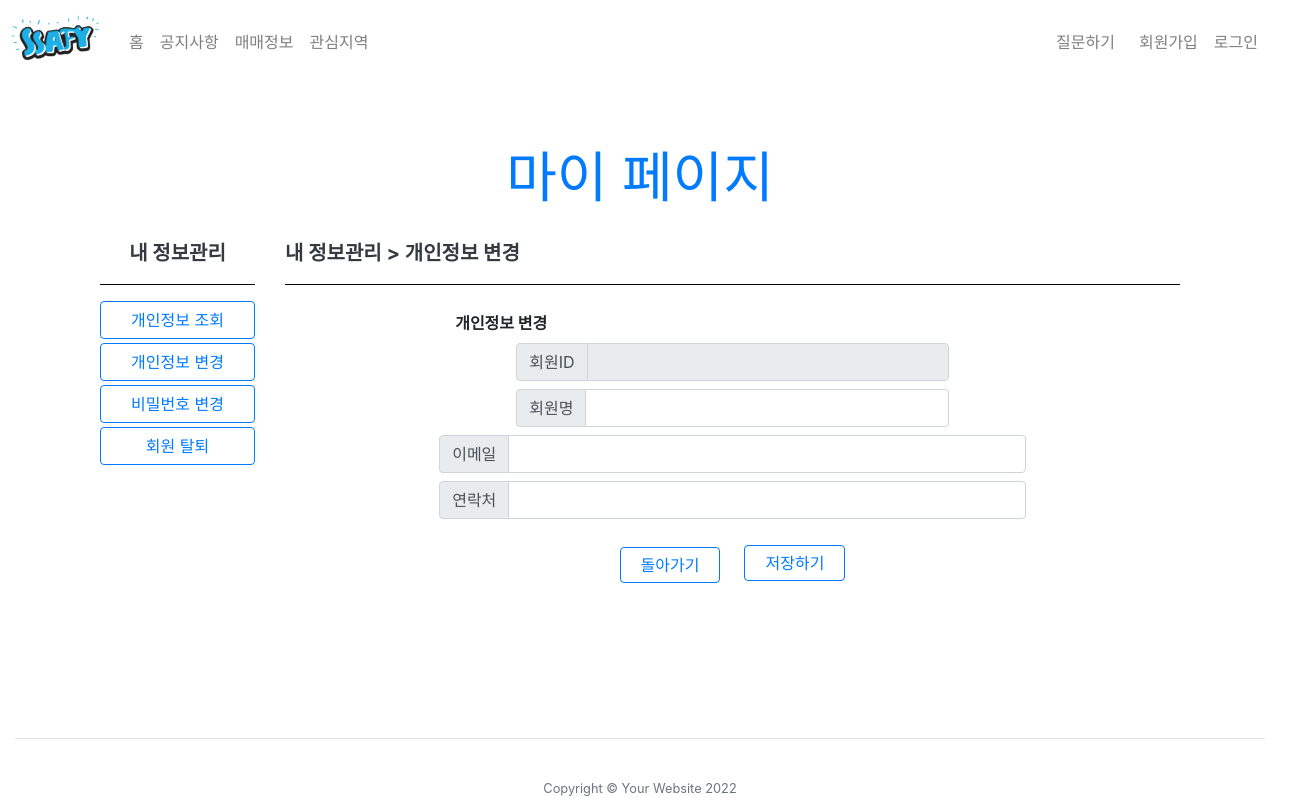
Repository: shinyoungjei/SSAFY_Final_PJT
Page: /user/mypage (app in front/)
These files come from the project's save history. The page is drawn as it stood at one moment and after the next save; the edit follows.
The browser window is 1280 px wide. The page is 1290 px wide, so the pictures cover 1290 px, including what lies to the right of the window. The pictures show the whole page.
The project was rebuilt for these pictures with package versions that can differ from the ones it lists, and the page was loaded fresh each time. Also part of the build but not shown: front/vue.config.js, front/src/views/HomeView.vue, front/src/views/AreaView.vue. Imported but missing from the stored project, and not drawn on this page: front/happyhouse/src/components/faq/QuestionChatItem.

Above is the page before, as saved 2022-05-25 20:45:42.

### front/src/main.js
import Vue from "vue";
import App from "./App.vue";
import router from "./router";
import store from "./store";
import { BootstrapVue, IconsPlugin } from "bootstrap-vue"; // boot strap 관련 설정
import "bootstrap/dist/css/bootstrap.css"; // Bootstrap an BootstrapVue CSS 파일 임포트
import "bootstrap-vue/dist/bootstrap-vue.css";
// BootstrapVue 플러그인 설치
Vue.use(BootstrapVue);
Vue.use(IconsPlugin);

Vue.config.productionTip = false;

new Vue({
  router,
  store,
  render: (h) => h(App),
}).$mount("#app");

### front/src/App.vue
<template>
  <div id="app">
    <Nav id="nav" />
    <!--<top-header></top-header>-->
    <router-view />
    <bottom />
  </div>
</template>

<script>
import Nav from "@/components/common/Nav.vue";
import Bottom from "@/components/common/Bottom.vue";
//import TopHeader from "@/components/common/Header.vue";

export default {
  components: {
    Nav,
    //TopHeader,
    Bottom,
  },
};
</script>

<style>
@import "@/assets/main.css";
#nav {
  padding: 5px;
}
</style>

### front/src/store/index.js
import Vue from "vue";
import Vuex from "vuex";
import createPersistedState from "vuex-persistedstate";

Vue.use(Vuex);

import qnaStore from "@/store/modules/qnaStore.js";
import userStore from "@/store/modules/userStore.js";
import aptStore from "@/store/modules/aptStore.js";
import noticeStore from "@/store/modules/noticeStore.js";

const store = new Vuex.Store({
  modules: {
    qnaStore,
    userStore,
    aptStore,
    noticeStore,
  },
  plugins: [
    createPersistedState({
      // 브라우저 종료시 제거하기 위해 localStorage가 아닌 sessionStorage로 변경. (default: localStorage)
      storage: sessionStorage,
    }),
  ],
});

export default store;

### front/src/assets/main.css
a {
  text-decoration: none;
  color: #787878;
}
input,
textarea,
.view {
  width: 100%;
  padding: 12px 20px;
  margin: 8px 0;
  display: inline-block;
  border: 1px solid #ccc;
  border-radius: 4px;
  box-sizing: border-box;
  color: #787878;
  font-size: medium;
}

.regist {
  padding: 10px;
}
.regist_form {
  border-radius: 5px;
  background-color: #f2f2f2;
  padding: 20px;
}

### front/src/components/common/Nav.vue
<template>
  <b-navbar toggleable="lg" class="nav" type="light" variant="alert-primary">
    <b-navbar-brand href="#">
      <router-link to="/">
        <img
          src="@/assets/ssafy_logo.png"
          class="d-inline-block align-middle"
          width="100px"
          alt="ssafy"
        />
      </router-link>
    </b-navbar-brand>

    <b-navbar-toggle target="nav-collapse"></b-navbar-toggle>

    <b-collapse id="nav-collapse" is-nav>
      <b-navbar-nav>
        <b-nav-item to="/">홈</b-nav-item>
        <b-nav-item to="/notice">공지사항</b-nav-item>
        <b-nav-item to="/aptDeal">매매정보</b-nav-item>
        <b-nav-item to="/area">관심지역</b-nav-item>
      </b-navbar-nav>
    </b-collapse>

    <b-navbar-nav>
      <b-row class="mr-2">
        <b-col>
          <b-nav-item to="/question">질문하기</b-nav-item>
        </b-col>
      </b-row>
      <b-row v-if="loginUserInfo.id">
        <b-nav-item @click="logout"> 로그아웃 </b-nav-item>
        <b-nav-item :to="{ name: `testmypage` }" class="mr-4">
          마이페이지
        </b-nav-item>
      </b-row>
      <b-row v-else>
        <b-nav-item :to="{ name: 'regist' }">회원가입</b-nav-item>
        <b-nav-item :to="{ name: 'login' }" class="mr-4">로그인</b-nav-item>
      </b-row>
    </b-navbar-nav>
  </b-navbar>
</template>

<script>
import { mapState } from "vuex";
const userStore = "userStore";

export default {
  computed: {
    ...mapState(userStore, ["loginUserInfo"]),
  },

  methods: {
    logout() {
      this.$store.commit("userStore/LOGOUT");
    },
  },
};
</script>

<style></style>

### front/src/components/common/Bottom.vue
<template>
  <b-container fluid>
    <!--
    <b-row>
      <b-col cols="3" />
      <b-col cols="1" id="ct">
        <div style="height: 60px"></div>
      </b-col>
      <b-col class="ml-3" style="text-align: left; padding-left: 100px">
        <div style="height: 60px"></div>
        <span class="text-white"
          >본 사이트의 콘텐츠는 저작권법의 보호를 받는 바 무단 전재, 복사, 배포
          등을 금합니다.</span
        ><br />
        <h4 class="mt-1 text-white">SS House . 02-7412-1945</h4>
        <span style="font-weight: bold; font-size: 20px" class="text-white"
          >제작</span
        >
        <ul>
          <li style="font-weight: bold" class="text-white">신현국</li>
          <li style="font-weight: bold" class="text-white">신영제</li>
        </ul>
      </b-col>
    </b-row>
    <div style="text-align: center; opacity: 70%" class="text-white">
      Copyright@ShinDuo. All rights reserved
    </div> -->
    <!-- Footer-->
    <footer class="border-top">
      <div class="container px-4 px-lg-5">
        <div class="row gx-4 gx-lg-5 justify-content-center">
          <div class="col-md-10 col-lg-8 col-xl-7">
            <ul class="list-inline text-center">
              <li class="list-inline-item">
                <a href="#!">
                  <span class="fa-stack fa-lg">
                    <i class="fas fa-circle fa-stack-2x"></i>
                    <i class="fab fa-twitter fa-stack-1x fa-inverse"></i>
                  </span>
                </a>
              </li>
              <li class="list-inline-item">
                <a href="#!">
                  <span class="fa-stack fa-lg">
                    <i class="fas fa-circle fa-stack-2x"></i>
                    <i class="fab fa-facebook-f fa-stack-1x fa-inverse"></i>
                  </span>
                </a>
              </li>
              <li class="list-inline-item">
                <a href="#!">
                  <span class="fa-stack fa-lg">
                    <i class="fas fa-circle fa-stack-2x"></i>
                    <i class="fab fa-github fa-stack-1x fa-inverse"></i>
                  </span>
                </a>
              </li>
            </ul>
            <div class="small text-center text-muted fst-italic">
              Copyright &copy; Your Website 2022
            </div>
          </div>
        </div>
      </div>
    </footer>
  </b-container>
</template>

<script>
export default {};
</script>

<style scoped>
#bot {
  background-color: rgb(83, 84, 85);
  height: 280px;
  font-family: Avenir, Helvetica, Arial, sans-serif;
}

#ct {
  text-align: left;
}
</style>

### front/src/views/UserView.vue
<template>
  <b-container>
    <router-view></router-view>
  </b-container>
</template>

<script>
export default {};
</script>

<style></style>

### front/src/components/user/UserMyPage.vue
<template>
  <b-container v-if="loginUserInfo">
    <div style="height: 60px"></div>
    <b-row style="text-align: center">
      <b-col class="text-primary font-weight-bold">
        <h1 style="font-size: 55px">마이 페이지</h1>
      </b-col>
    </b-row>
    <div style="height: 20px"></div>
    <div style="height: 500px">
      <b-row>
        <!-- 좌측 목록 -->
        <b-col cols="2 text-center">
          <div
            class="text-center text-dark font-weight-bold"
            style="font-size: 20px"
          >
            내 정보관리
          </div>
          <hr style="background-color: black" />
          <div>
            <b-button
              @click="mvView"
              style="width: 100%"
              variant="outline-primary"
            >
              개인정보 조회
            </b-button>
          </div>
          <div>
            <b-button
              @click="mvModify"
              style="width: 100%"
              variant="outline-primary"
              class="mt-1"
            >
              개인정보 변경
            </b-button>
          </div>
          <div>
            <b-button
              @click="mvChange"
              style="width: 100%"
              variant="outline-primary"
              class="mt-1"
            >
              비밀번호 변경
            </b-button>
          </div>
          <div>
            <b-button
              @click="mvDelete"
              style="width: 100%"
              variant="outline-primary"
              class="mt-1"
            >
              회원 탈퇴
            </b-button>
          </div>
        </b-col>
        <b-col cols="10 text-center">
          <!--좌측 목룍 종료-->
          <!--개인정보 조회 목록-->
          <template v-if="mode === `view`">
            <b-row>
              <b-col>
                <div
                  class="text-left text-dark font-weight-bold"
                  style="font-size: 20px"
                >
                  내 정보관리 > 개인정보 조회
                </div>
                <hr style="background-color: black" />
                <div style="height: 10px"></div>
              </b-col>
            </b-row>
            <b-row>
              <b-col cols="3"></b-col>
              <b-col cols="2" class="font-weight-bold"> 개인정보 조회</b-col>
              <b-col></b-col>
            </b-row>
            <b-row>
              <b-col cols="3"></b-col>
              <b-col>
                <b-input-group class="mt-2">
                  <b-input-group-prepend is-text>
                    회원ID
                  </b-input-group-prepend>
                  <b-form-input
                    class="text-center"
                    readonly
                    v-model="loginUserInfo.id"
                  />
                </b-input-group>
              </b-col>
              <b-col cols="3"></b-col>
            </b-row>

            <b-row>
              <b-col cols="3"></b-col>
              <b-col>
                <b-input-group class="mt-2">
                  <b-input-group-prepend is-text>
                    회원명
                  </b-input-group-prepend>
                  <b-form-input
                    class="text-center"
                    readonly
                    v-model="loginUserInfo.name"
                  />
                </b-input-group>
              </b-col>
              <b-col cols="3"></b-col>
            </b-row>
            <b-row>
              <b-col cols="3"></b-col>
              <b-col>
                <b-input-group class="mt-2">
                  <b-input-group-prepend is-text>
                    이메일
                  </b-input-group-prepend>
                  <b-form-input
                    class="text-center"
                    readonly
                    v-model="loginUserInfo.email"
                  />
                </b-input-group>
              </b-col>
              <b-col cols="3"></b-col>
            </b-row>
            <b-row>
              <b-col cols="3"></b-col>
              <b-col>
                <b-input-group class="mt-2">
                  <b-input-group-prepend is-text>
                    연락처
                  </b-input-group-prepend>
                  <b-form-input
                    class="text-center"
                    readonly
                    v-model="loginUserInfo.contact"
                  />
                </b-input-group>
              </b-col>
              <b-col cols="3"></b-col>
            </b-row>
            <b-row class="mt-4">
              <b-col></b-col>
              <b-col>
                <b-button
                  @click="main"
                  style="padding: 5px 20px"
                  variant="outline-primary"
                  class="mt-1"
                >
                  돌아가기
                </b-button>
              </b-col>
              <b-col> </b-col>
            </b-row>
          </template>
          <!--개인정보 조회 목록 종료-->
          <!--개인정보 수정 목록-->
          <template v-if="mode === `mvModify`">
            <b-row>
              <b-col>
                <div
                  class="text-left text-dark font-weight-bold"
                  style="font-size: 20px"
                >
                  내 정보관리 > 개인정보 변경
                </div>
                <hr style="background-color: black" />
                <div style="height: 10px"></div>
              </b-col>
            </b-row>
            <b-row>
              <b-col cols="2"></b-col>
              <b-col cols="2" class="font-weight-bold"> 개인정보 변경</b-col>
              <b-col></b-col>
            </b-row>

            <b-row>
              <b-col cols="3"></b-col>
              <b-col>
                <b-input-group class="mt-2">
                  <b-input-group-prepend is-text>
                    회원ID
                  </b-input-group-prepend>
                  <b-form-input
                    class="text-center"
                    readonly
                    v-model="loginUserInfo.id"
                  />
                </b-input-group>
              </b-col>
              <b-col cols="3"></b-col>
            </b-row>

            <b-row>
              <b-col cols="3"></b-col>
              <b-col>
                <b-input-group class="mt-2">
                  <b-input-group-prepend is-text>
                    회원명
                  </b-input-group-prepend>
                  <b-form-input
                    class="text-center"
                    v-model="loginUserInfo.name"
                  />
                </b-input-group>
              </b-col>
              <b-col cols="3"></b-col>
            </b-row>

            <b-row>
              <b-col cols="2"></b-col>
              <b-col>
                <b-input-group class="mt-2">
                  <b-input-group-prepend is-text>
                    이메일
                  </b-input-group-prepend>
                  <b-form-input
                    class="text-center"
                    v-model="loginUserInfo.email"
                  />
                </b-input-group>
              </b-col>
              <b-col cols="2"></b-col>
            </b-row>

            <b-row>
              <b-col cols="2"></b-col>
              <b-col>
                <b-input-group class="mt-2">
                  <b-input-group-prepend is-text>
                    연락처
                  </b-input-group-prepend>
                  <b-form-input
                    class="text-center"
                    v-model="loginUserInfo.contact"
                  />
                </b-input-group>
              </b-col>
              <b-col cols="2"></b-col>
            </b-row>

            <b-row class="mt-4">
              <b-col></b-col>
              <b-col>
                <b-button
                  @click="main"
                  style="padding: 5px 20px"
                  variant="outline-primary"
                  class="mt-1"
                >
                  돌아가기
                </b-button>
                <b-button
                  @click="userModify"
                  style="padding: 5px 20px"
                  variant="outline-primary"
                  class="ml-4"
                >
                  저장하기
                </b-button>
              </b-col>
              <b-col> </b-col>
            </b-row>
          </template>
          <!--개인정보 수정 목록 종료-->
          <!--비밀번호 변경-->
          <template v-if="mode === `mvChange`">
            <b-row>
              <b-col>
                <div
                  class="text-left text-dark font-weight-bold"
                  style="font-size: 20px"
                >
                  내 정보관리 > 비밀번호 변경
                </div>
                <hr style="background-color: black" />
                <div style="height: 10px"></div>
              </b-col>
            </b-row>
            <b-row>
              <b-col cols="2"></b-col>
              <b-col cols="2" class="font-weight-bold"> 비밀번호 변경</b-col>
              <b-col></b-col>
            </b-row>

            <b-row>
              <b-col cols="2"></b-col>
              <b-col>
                <b-input-group class="mt-2">
                  <b-input-group-prepend is-text>
                    현재 비밀번호
                  </b-input-group-prepend>
                  <b-form-input
                    type="password"
                    class="text-center"
                    v-model="loginUserInfo.pass"
                  />
                </b-input-group>
              </b-col>
              <b-col cols="2"></b-col>
            </b-row>

            <b-row>
              <b-col cols="2"></b-col>
              <b-col>
                <b-input-group class="mt-2">
                  <b-input-group-prepend is-text>
                    변경 비밀번호
                  </b-input-group-prepend>
                  <b-form-input
                    type="password"
                    class="text-center"
                    v-model="loginUserInfo.pass"
                  />
                </b-input-group>
              </b-col>
              <b-col cols="2"></b-col>
            </b-row>

            <b-row>
              <b-col cols="2"></b-col>
              <b-col>
                <b-input-group class="mt-2">
                  <b-input-group-prepend is-text>
                    비밀번호 확인
                  </b-input-group-prepend>
                  <b-form-input
                    type="password"
                    class="text-center"
                    v-model="loginUserInfo.pass"
                  />
                </b-input-group>
              </b-col>
              <b-col cols="2"></b-col>
            </b-row>

            <b-row class="mt-4">
              <b-col></b-col>
              <b-col>
                <b-button
                  @click="main"
                  style="padding: 5px 20px"
                  variant="outline-primary"
                >
                  돌아가기
                </b-button>
                <b-button
                  style="padding: 5px 20px"
                  variant="outline-primary"
                  class="ml-4"
                >
                  저장하기
                </b-button>
              </b-col>
              <b-col> </b-col>
            </b-row>
          </template>
          <!--비밀번호 변경 종료-->
          <!--회원탈퇴-->

          <template v-if="mode === `mvDelete`">
            <b-row>
              <b-col>
                <div
                  class="text-left text-dark font-weight-bold"
                  style="font-size: 20px"
                >
                  내 정보관리 > 회원탈퇴
                </div>
                <hr style="background-color: black" />
                <div style="height: 10px"></div>
              </b-col>
            </b-row>
            <b-row>
              <b-col cols="2"></b-col>
              <b-col cols="2" class="font-weight-bold"> 회원 탈퇴</b-col>
              <b-col></b-col>
            </b-row>
            <b-row>
              <b-col cols="2"></b-col>
              <b-col>
                <b-input-group class="mt-2">
                  <b-input-group-prepend is-text>
                    비밀번호 입력
                  </b-input-group-prepend>
                  <b-form-input
                    type="text"
                    class="text-center"
                    v-model="loginUserInfo.pass"
                  />
                </b-input-group>
              </b-col>
              <b-col cols="2"></b-col>
            </b-row>
            <b-row class="mt-4">
              <b-col></b-col>
              <b-col>
                <b-button
                  @click="main"
                  style="padding: 5px 20px"
                  variant="outline-primary"
                >
                  돌아가기
                </b-button>
                <b-button
                  @click="userDelete"
                  style="padding: 5px 20px"
                  variant="outline-primary"
                  class="ml-4"
                >
                  탈퇴하기
                </b-button>
              </b-col>
              <b-col> </b-col>
            </b-row>
          </template>
          <!--회원탈퇴종료-->
        </b-col>
      </b-row>
    </div>
  </b-container>
</template>

<script>
import { mapActions, mapState } from "vuex";

const userStore = "userStore";

export default {
  data() {
    return {
      mode: "mvModify",
      user: {
        id: "",
        name: "",
        email: "",
        contact: "",
      },
    };
  },

  component: {},
  computed: {
    ...mapState(userStore, ["loginUserInfo"]),
  },

  methods: {
    ...mapActions(userStore, ["doModifyUser", "doDeleteUser"]),
    // 메인 이동
    main() {
      this.$router.push("/");
    },
    // 중간창 이동.
    mvView() {
      this.mode = "view";
    },
    mvModify() {
      this.mode = "mvModify";
    },
    mvChange() {
      this.mode = "mvChange";
    },
    mvDelete() {
      this.mode = "mvDelete";
    },
    // 수정하기
    userModify() {
      let user = {
        id: this.loginUserInfo.id,
        name: this.loginUserInfo.name,
        pass: this.loginUserInfo.pass,
        email: this.loginUserInfo.email,
        contact: this.loginUserInfo.contact,
      };
      this.doModifyUser(user);
      this.$router.push("/");
    },

    //탈퇴하기
    userDelete() {
      if (confirm("회원탈퇴성공")) {
        this.doDeleteUser(this.loginUserInfo.name);
        this.$store.commit("userStore/LOGOUT");
        this.$router.push("/");
      }
    },
  },
};
</script>

<style></style>

### front/src/api/commercialInfo.js
import { axiosInstance } from "@/api";

const axios = axiosInstance();

function setConvenienceStorePositionsAPI(dongCode, success, fail) {
  axios
    .get(`/commercialinfo/conveniencestore/${dongCode}`)
    .then(success)
    .catch(fail);
}

async function setConvenienceStoreDistanceAPI(aptInfo, success, fail) {
  await axios
    .patch(`/commercialinfo/conveniencestore/distance`, JSON.stringify(aptInfo))
    .then(success)
    .catch(fail);
}

export { setConvenienceStorePositionsAPI, setConvenienceStoreDistanceAPI };

### front/src/api/index.js
import axios from "axios";
import { API_BASE_URL } from "@/config";

// axios 객체 생성
function axiosInstance() {
  const instance = axios.create({
    baseURL: API_BASE_URL,
    headers: {
      "Access-Control-Allow-Origin": "*",
      "Content-type": "application/json",
    },
  });

  instance.interceptors.request.use(
    (config) => {
      // console.log(config);
      //서버에 요청 보낼 헤더에 토큰 정보 추가
      config.headers["access-token"] = sessionStorage.getItem("access-token");
      //config.headers["Content-type"] = "application/json";
      return config;
    },
    (error) => {
      return Promise.reject(error);
    }
  );

  return instance;
}

export { axiosInstance };

### front/src/config/index.js
const API_BASE_URL = "http://localhost:8081/happyhouse";
export { API_BASE_URL };

Loaded but not shown: front/public/index.html (common file); front/src/store/modules/aptStore.js (220 lines, source omitted); front/src/store/modules/qnaStore.js (227 lines, source omitted); front/src/router/index.js (130 lines, source omitted); front/src/store/modules/noticeStore.js (113 lines, source omitted); front/src/store/modules/userStore.js (92 lines, source omitted); front/src/api/qna.js (75 lines, source omitted); front/src/api/apt.js (54 lines, source omitted); front/src/api/notice.js (48 lines, source omitted); front/src/api/user.js (27 lines, source omitted)

After the next save:
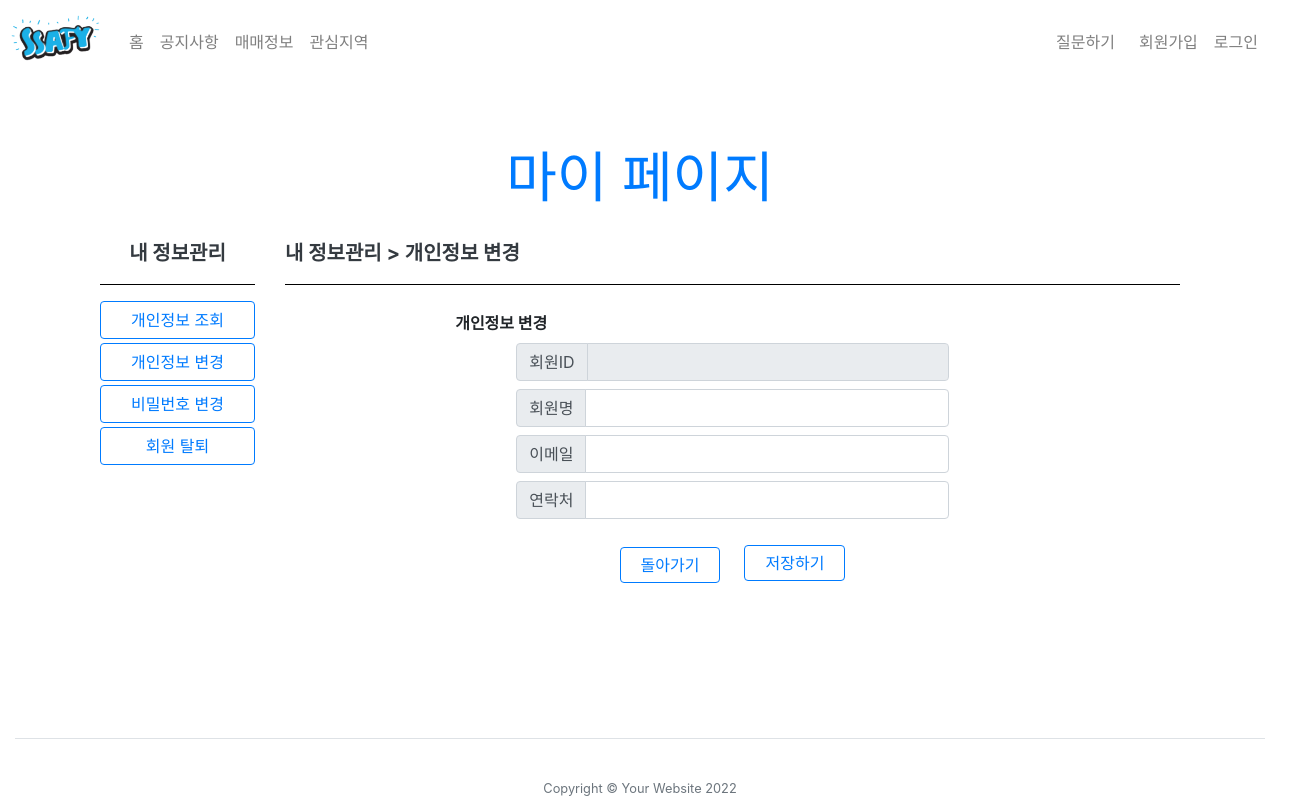
Saved 13 s later.
--- a/front/src/components/user/UserMyPage.vue
+++ b/front/src/components/user/UserMyPage.vue
@@ -214,7 +214,7 @@
             </b-row>
 
             <b-row>
-              <b-col cols="2"></b-col>
+              <b-col cols="3"></b-col>
               <b-col>
                 <b-input-group class="mt-2">
                   <b-input-group-prepend is-text>
@@ -226,11 +226,11 @@
                   />
                 </b-input-group>
               </b-col>
-              <b-col cols="2"></b-col>
-            </b-row>
-
-            <b-row>
-              <b-col cols="2"></b-col>
+              <b-col cols="3"></b-col>
+            </b-row>
+
+            <b-row>
+              <b-col cols="3"></b-col>
               <b-col>
                 <b-input-group class="mt-2">
                   <b-input-group-prepend is-text>
@@ -242,7 +242,7 @@
                   />
                 </b-input-group>
               </b-col>
-              <b-col cols="2"></b-col>
+              <b-col cols="3"></b-col>
             </b-row>
 
             <b-row class="mt-4">
